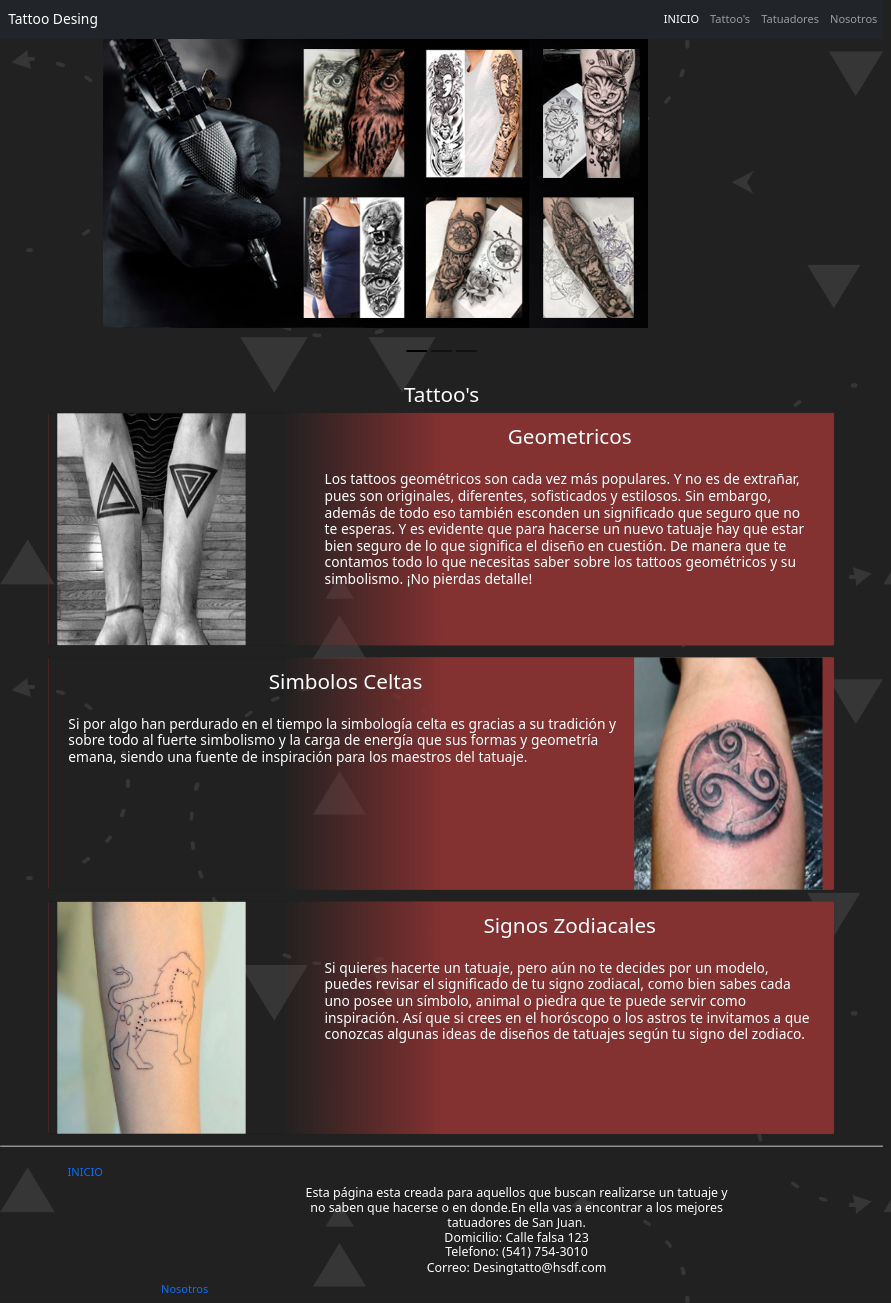
Repository: Vladimir-22/TatooDesign
Page: index.html
These files come from the project's save history. The page is drawn as it stood at one moment and after the next save; the edit follows.
The browser window is 1280 px wide. The page is 1292 px wide, so the pictures cover 1292 px, including what lies to the right of the window. The pictures show the whole page, at 69% of full size.
Some web libraries are served in a nearby version.

Above is the page before, as saved 2021-05-19 22:15:39.

### index.html
<!DOCTYPE html>
<html lang="es">
  <head>
    <meta charset="UTF-8" />
    <meta http-equiv="X-UA-Compatible" content="IE=edge" />
    <meta name="viewport" content="width=device-width, initial-scale=1.0" />
    <link
      href="https://cdn.jsdelivr.net/npm/bootstrap@5.0.0-beta3/dist/css/bootstrap.min.css"
      rel="stylesheet"
      integrity="sha384-eOJMYsd53ii+scO/bJGFsiCZc+5NDVN2yr8+0RDqr0Ql0h+rP48ckxlpbzKgwra6"
      crossorigin="anonymous"
    />
    <script
      src="https://cdn.jsdelivr.net/npm/bootstrap@5.0.0-beta3/dist/js/bootstrap.bundle.min.js"
      integrity="sha384-JEW9xMcG8R+pH31jmWH6WWP0WintQrMb4s7ZOdauHnUtxwoG2vI5DkLtS3qm9Ekf"
      crossorigin="anonymous"
    ></script>
    <script
      src="https://cdn.jsdelivr.net/npm/bootstrap@5.0.0-beta3/dist/js/bootstrap.bundle.min.js"
      integrity="sha384-JEW9xMcG8R+pH31jmWH6WWP0WintQrMb4s7ZOdauHnUtxwoG2vI5DkLtS3qm9Ekf"
      crossorigin="anonymous"
    ></script>
    <script
      src="https://cdn.jsdelivr.net/npm/@popperjs/core@2.9.1/dist/umd/popper.min.js"
      integrity="sha384-SR1sx49pcuLnqZUnnPwx6FCym0wLsk5JZuNx2bPPENzswTNFaQU1RDvt3wT4gWFG"
      crossorigin="anonymous"
    ></script>
    <script
      src="https://cdn.jsdelivr.net/npm/bootstrap@5.0.0-beta3/dist/js/bootstrap.min.js"
      integrity="sha384-j0CNLUeiqtyaRmlzUHCPZ+Gy5fQu0dQ6eZ/xAww941Ai1SxSY+0EQqNXNE6DZiVc"
      crossorigin="anonymous"
    ></script>
    <link
      rel="stylesheet"
      href="https://use.fontawesome.com/releases/v5.8.1/css/all.css"
      integrity="sha384-50oBUHEmvpQ+1lW4y57PTFmhCaXp0ML5d60M1M7uH2+nqUivzIebhndOJK28anvf"
      crossorigin="anonymous"
    />
    <link rel="stylesheet" href="css/styles.css" />
    <title>Tattoo Desing</title>
  </head>

  <body>
    <nav class="navbar navbar-expand-lg navbar-dark bg-dark">
      <div class="container-fluid">
        <!-- <i class="fas fa-bars"></i> -->

        <div class="col-md-9">
          <a class="navbar-brand" href="#">Tattoo Desing</a>

          <button
            class="navbar-toggler"
            type="button"
            data-bs-toggle="collapse"
            data-bs-target="#navbarNav"
            aria-controls="navbarNav"
            aria-expanded="false"
            aria-label="Toggle navigation"
          >
            <span class="navbar-toggler-icon"></span>
          </button>
        </div>

        <div class="col-md-3 collapse navbar-collapse" id="navbarNav">
          <ul class="navbar-nav">
            <li class="nav-item">
              <a class="nav-link active" aria-current="page" href="#">INICIO</a>
            </li>
            <li class="nav-item">
              <a class="nav-link" href="tattoo's.html">Tattoo's</a>
            </li>
            <li class="nav-item">
              <a class="nav-link" href="tatuadores.html">Tatuadores</a>
            </li>
            <li class="nav-item">
              <a
                class="nav-link"
                href="nosotros.html"
                tabindex="-1"
                aria-disabled="true"
                >Nosotros</a
              >
            </li>
          </ul>
        </div>
      </div>
    </nav>

    <div class="container">
      <div class="row" id="carrusel">
        <div
          id="carouselExampleDark"
          class="carousel carousel-dark slide"
          data-bs-ride="carousel"
        >
          <div class="carousel-indicators">
            <button
              type="button"
              data-bs-target="#carouselExampleDark"
              data-bs-slide-to="0"
              class="active"
              aria-current="true"
              aria-label="Slide 1"
            ></button>
            <button
              type="button"
              data-bs-target="#carouselExampleDark"
              data-bs-slide-to="1"
              aria-label="Slide 2"
            ></button>
            <button
              type="button"
              data-bs-target="#carouselExampleDark"
              data-bs-slide-to="2"
              aria-label="Slide 3"
            ></button>
          </div>

          <div class="carousel-inner">
            <div class="carousel-item active" data-bs-interval="10000">
              <img
                id="imgCarrusel"
                src="./Agos/Carrusel/trae-tu-diseño.png"
                class="d-block w-20"
                alt="..."
              />
              <!-- <div class="carousel-caption d-none d-md-block">
                            <h5>First slide label</h5>
                            <p>Some representative placeholder content for the first slide.</p>
                        </div> -->
            </div>
            <div class="carousel-item" data-bs-interval="4000">
              <img
                id="imgCarrusel"
                src="./Agos/Carrusel/Tendencias.png"
                class="d-block w-20"
                alt="..."
              />
              <!-- <div class="carousel-caption d-none d-md-block">
                            <h5>Second slide label</h5>
                            <p>Some representative placeholder content for the second slide.</p>
                        </div> -->
            </div>
            <div class="carousel-item" data-bs-interval="2000">
              <img
                id="imgCarrusel"
                src="./Agos/Carrusel/Tatuadores-banner.png"
                class="d-block w-20"
                alt="..."
              />
              <!-- <div class="carousel-caption d-none d-md-block">
                            <h5>Third slide label</h5>
                            <p>Some representative placeholder content for the third slide.</p>
                        </div> -->
            </div>
          </div>

          <!-- <button class="carousel-control-prev" type="button" data-bs-target="#carouselExampleDark" data-bs-slide="prev">
                  <span class="carousel-control-prev-icon" aria-hidden="true"></span>
                  <span class="visually-hidden">Previous</span>
                </button>
                <button class="carousel-control-next" type="button" data-bs-target="#carouselExampleDark" data-bs-slide="next">
                  <span class="carousel-control-next-icon" aria-hidden="true"></span>
                  <span class="visually-hidden">Next</span>
                </button> -->
        </div>
      </div>

      <div class="row section2 text-center">
        <h1>Tattoo's</h1>
      </div>

      <div class="row">
        <!-- <div class="card mb-3">
                <img src="./Pedro/Categorías - Signos Zodiacales/Simbolos Celtas.PNG" class="card-img-top" alt="...">
                <div class="card-body">
                    <h5 class="card-title">Card title</h5>
                    <p class="card-text">This is a wider card with supporting text below as a natural lead-in to additional content. This content is a little bit longer.</p>
                    <p class="card-text"><small class="text-muted">Last updated 3 mins ago</small></p>
                </div>
            </div> -->

        <div id="Geometricos" class="card mb-3" style="max-width: auto">
          <div class="row g-0">
            <div class="col-md-4">
              <img
                id="imagen"
                src="./Pedro/Categorías - descripcion inicio/Tatuajes Geometricos.jpg"
                alt="..."
              />
            </div>
            <div class="col-md-8">
              <div class="card-body">
                <h1 class="card-title">Geometricos</h1>
                <br />
                <h5 id="descrip-gral" class="card-text">
                  Los tattoos geométricos son cada vez más populares. Y no es de
                  extrañar, pues son originales, diferentes, sofisticados y
                  estilosos. Sin embargo, además de todo eso también esconden un
                  significado que seguro que no te esperas. Y es evidente que
                  para hacerse un nuevo tatuaje hay que estar bien seguro de lo
                  que significa el diseño en cuestión. De manera que te contamos
                  todo lo que necesitas saber sobre los tattoos geométricos y su
                  simbolismo. ¡No pierdas detalle!
                </h5>
                <!-- <p class="card-text"><small class="text-muted">Última actualización 3 minutos</small></p> -->
              </div>
            </div>
          </div>
        </div>

        <div id="Celtas" class="card mb-3" style="max-width: auto">
          <div class="row g-0">
            <div class="col-md-9">
              <div class="card-body">
                <h1 class="card-title">Simbolos Celtas</h1>
                <br />
                <h5 id="descrip-gral" class="card-text">
                  Si por algo han perdurado en el tiempo la simbología celta es
                  gracias a su tradición y sobre todo al fuerte simbolismo y la
                  carga de energía que sus formas y geometría emana, siendo una
                  fuente de inspiración para los maestros del tatuaje.
                </h5>
                <!-- <p class="card-text"><small class="text-muted">Última actualización 3 minutos</small></p> -->
              </div>
            </div>
            <div class="col-md-3">
              <img
                id="imagen"
                src="./Pedro/Categorías - descripcion inicio/Simbolos Celtas.jpg"
                alt="..."
              />
            </div>
          </div>
        </div>

        <div id="Zodiacales" class="card mb-3" style="max-width: auto">
          <div class="row g-0">
            <div class="col-md-4">
              <img
                id="imagen"
                src="./Pedro/Categorías - descripcion inicio/Signos Zodiacales.jpg"
                alt="..."
              />
            </div>
            <div class="col-md-8">
              <div class="card-body">
                <h1 class="card-title">Signos Zodiacales</h1>
                <br />
                <h5 id="descrip-gral" class="card-text">
                  Si quieres hacerte un tatuaje, pero aún no te decides por un
                  modelo, puedes revisar el significado de tu signo zodiacal,
                  como bien sabes cada uno posee un símbolo, animal o piedra que
                  te puede servir como inspiración. Así que si crees en el
                  horóscopo o los astros te invitamos a que conozcas algunas
                  ideas de diseños de tatuajes según tu signo del zodiaco.
                </h5>
                <!-- <p class="card-text"><small class="text-muted">Última actualización 3 minutos</small></p> -->
              </div>
            </div>
          </div>
        </div>
      </div>
    </div>
  </body>
  <footer>
    <div class="footer" id="footer">
      <div id="footer" class="card mb-3" style="auto"></div>
        <div class="container">
            <div class="row">
                <div class="col-md-2">
                        <a class="nav-link active" aria-current="page" href="#">INICIO</a>
                    </div>
                </div>
                <div class="col-md-2"></div>
            </div>
            <div class="row">
                <div class="col-md-2"></div>
                <div class="col-md-2"></div>
                <div class="col-md-6">
                    <h3 id="descrip-gral" class="card-text">
                        Esta página esta creada para aquellos que buscan realizarse un
                        tatuaje y no saben que hacerse o en donde.En ella vas a
                        encontrar a los mejores tatuadores de San Juan.<br />
                        Domicilio: Calle falsa 123<br />
                        Telefono: (541) 754-3010<br />
                        Correo: Desingtatto@hsdf.com<br />
                    </h3>
                </div>

                <div class="col-md-2"></div>
            </div>
            <div class="row">
                <div class="col-md-2"></div>
                <div class="col-md-2">
                    <a class="nav-link" href="nosotros.html" tabindex="-1" aria-disabled="true" >Nosotros</a>
                </div>
            </div>
      </div>
    </div>
  </footer>
</html>

### css/styles.css
body {
    margin: 0 !important;
    padding: 0;
    position: relative;
    /*width: 1440px;
    height: 1024px;*/
    background: #212121;
    background-image: url(../Daniela/Background.png);
    background-position: center;
    background-size: contain;
    /* font-family: NanumGothic; */
}

.section2 {
    margin-top: 7%;
    color: white;
}

.section3 {
    margin-top: 3%;
    color: white;
}

h1 {
    font-size: 30px;
}

h2 {
    font-size: 21px;
}

h3 {
    font-size: 18px;
}

h1,
h2,
h3 {
    color: white;
    text-align: center;
}


/*.card img {
    width: 30%;
    height: 30%;
    align-content: center;
} */

nav {
    position: absolute;
    left: 0% !important;
    right: 0% !important;
    top: 0% !important;
    bottom: 0% !important;
    background: #000000 !important;
}

.carousel-indicators {
    left: 0% !important;
    right: 0% !important;
    top: 105% !important;
    bottom: 0% !important;
    margin-top: 0% !important;
}

.carousel-inner {
    left: 6% !important;
    right: 0% !important;
    top: 0% !important;
}



#Geometricos,
#Celtas,
#Zodiacales{
    background: linear-gradient(270deg, #833131 50%, rgba(131, 49, 49, 0) 70.34%);
    border-radius: 4px;
}

#nosotros
{
    background: none;
}

#descrip-gral {
    color: white;
}

#imagen {
    width: 273px;
    height: 336px;
}

#Celtas #imagen {
    right: 100% !important;
    top: 660px;
}

After the next save:
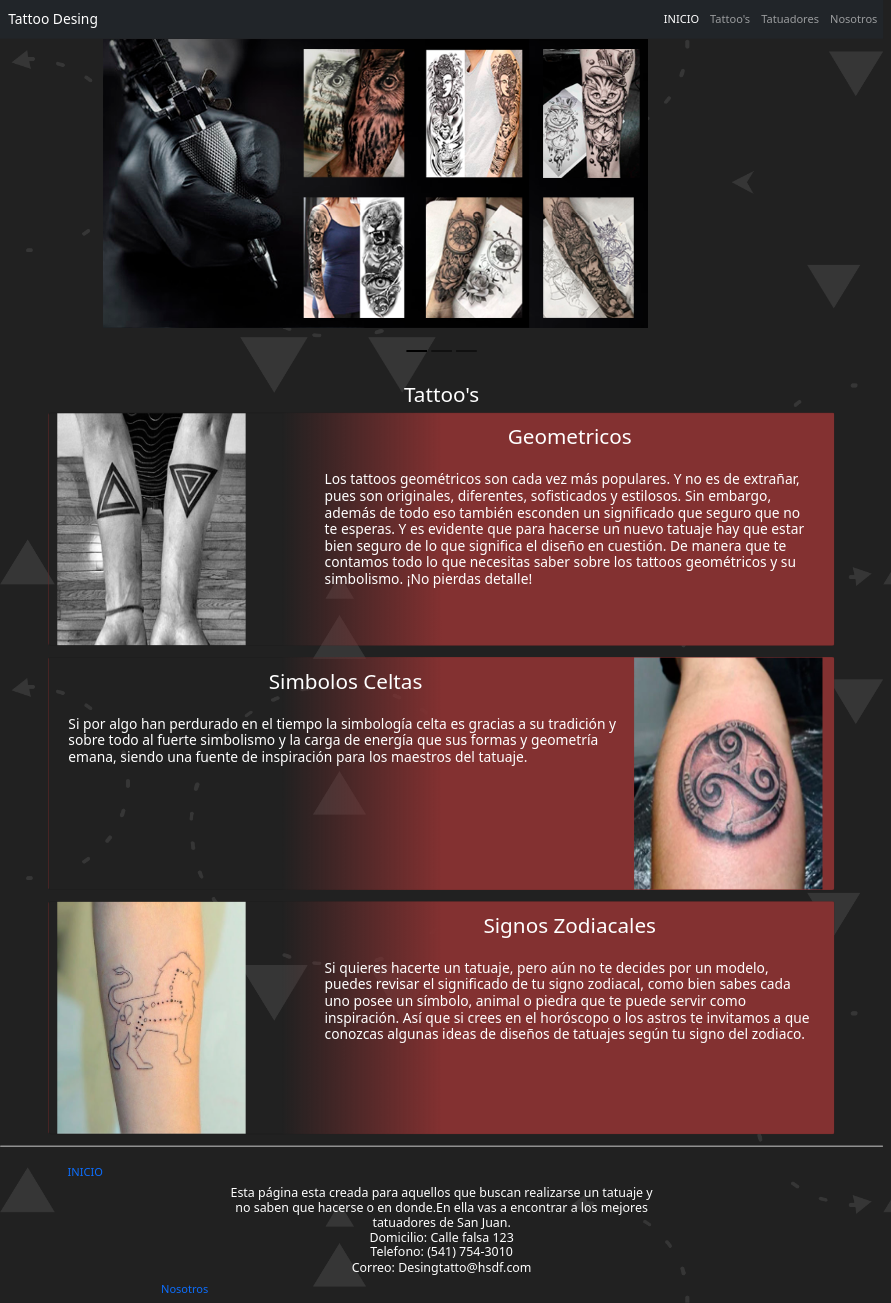
Saved 2 min 2 s later.
--- a/index.html
+++ b/index.html
@@ -275,8 +275,8 @@
                 <div class="col-md-2"></div>
             </div>
             <div class="row">
-                <div class="col-md-2"></div>
-                <div class="col-md-2"></div>
+                <div class="col"></div>
+
                 <div class="col-md-6">
                     <h3 id="descrip-gral" class="card-text">
                         Esta página esta creada para aquellos que buscan realizarse un
@@ -288,7 +288,7 @@
                     </h3>
                 </div>
 
-                <div class="col-md-2"></div>
+                <div class="col"></div>
             </div>
             <div class="row">
                 <div class="col-md-2"></div>
